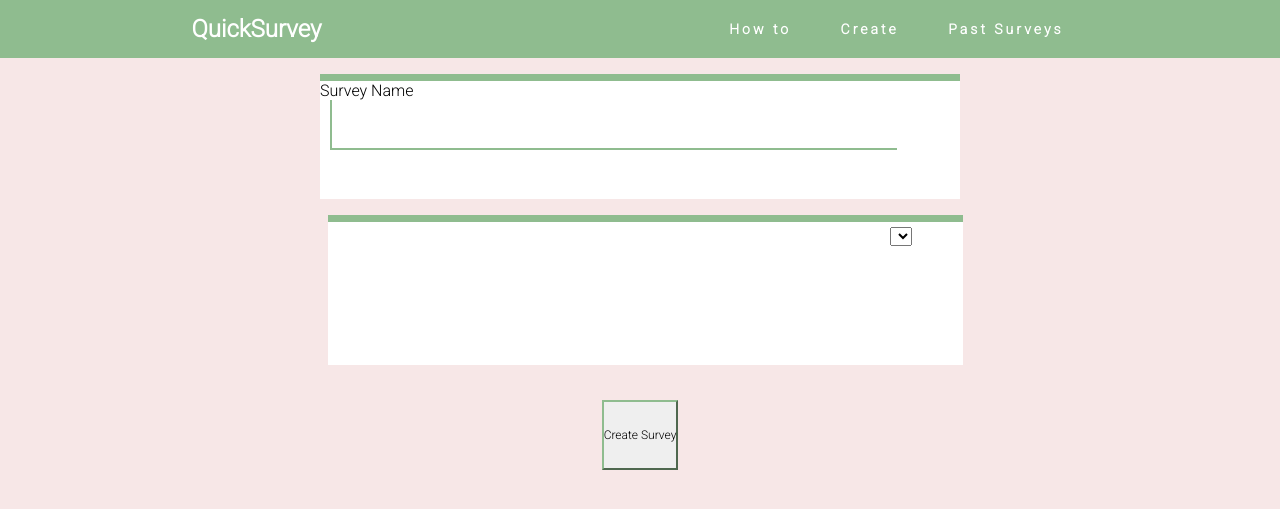
Repository: cakuang1/QuickSurvey
Page: create.html
These files come from the project's save history. The page is drawn as it stood at one moment and after the next save; the edit follows.
The browser window is 1280 px wide. The pictures show the whole page.
Some web libraries are served in a nearby version.

Above is the page before, as saved 2022-01-08 22:53:32.

After the next save:
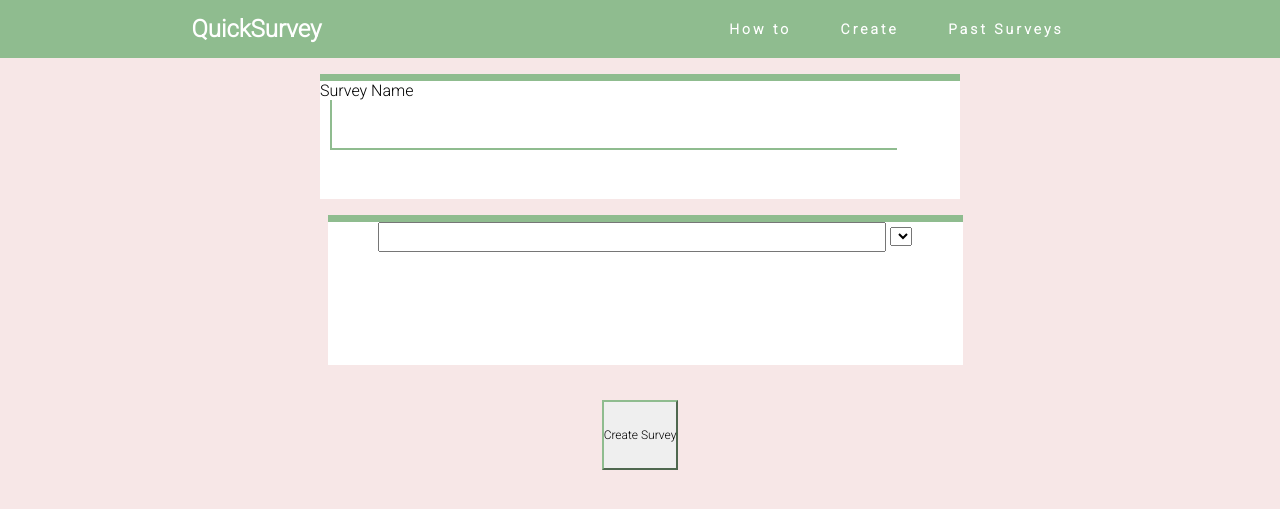
Saved 4 s later.
--- a/style.css
+++ b/style.css
@@ -146,7 +146,7 @@ ol li {
 
 .formdiv .inps{
     height: 30px;
-    border: none;
+    border: ;
     width: 80%;
 
 
